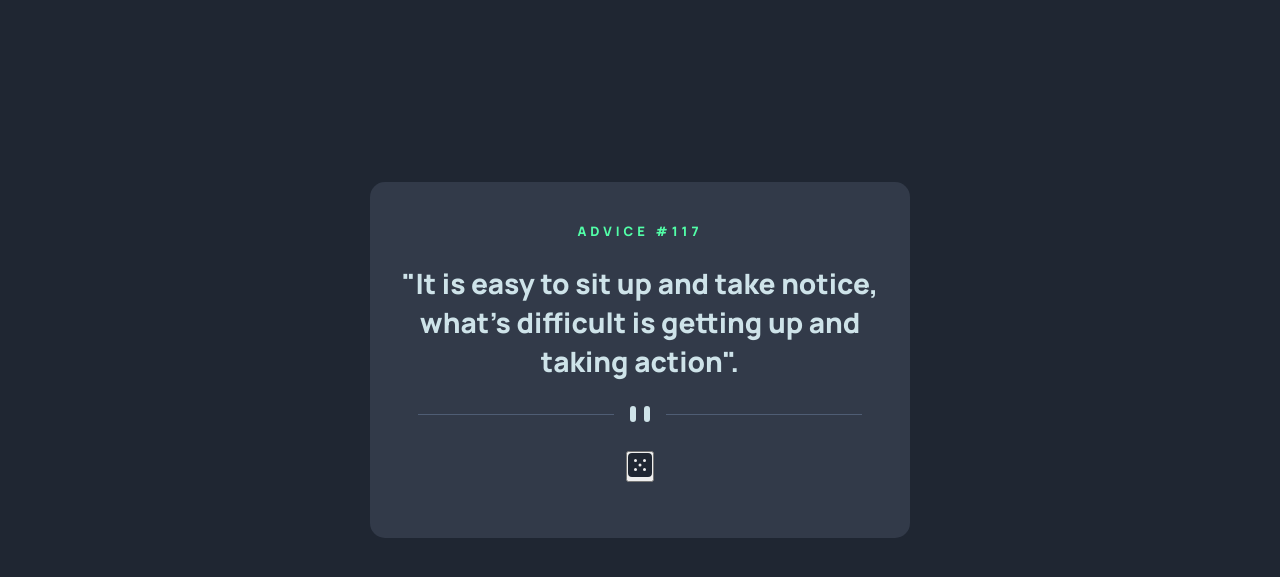
Repository: Daki-builds/advice-generator-app
Page: index.html
An editor plug-in stored every save of this project. The page is shown before and after the next save, followed by the edit.
The browser window is 1280 px wide. The pictures show the whole page.

Above is the page before, as saved 2026-10-08 19:30:52.

After the next save:
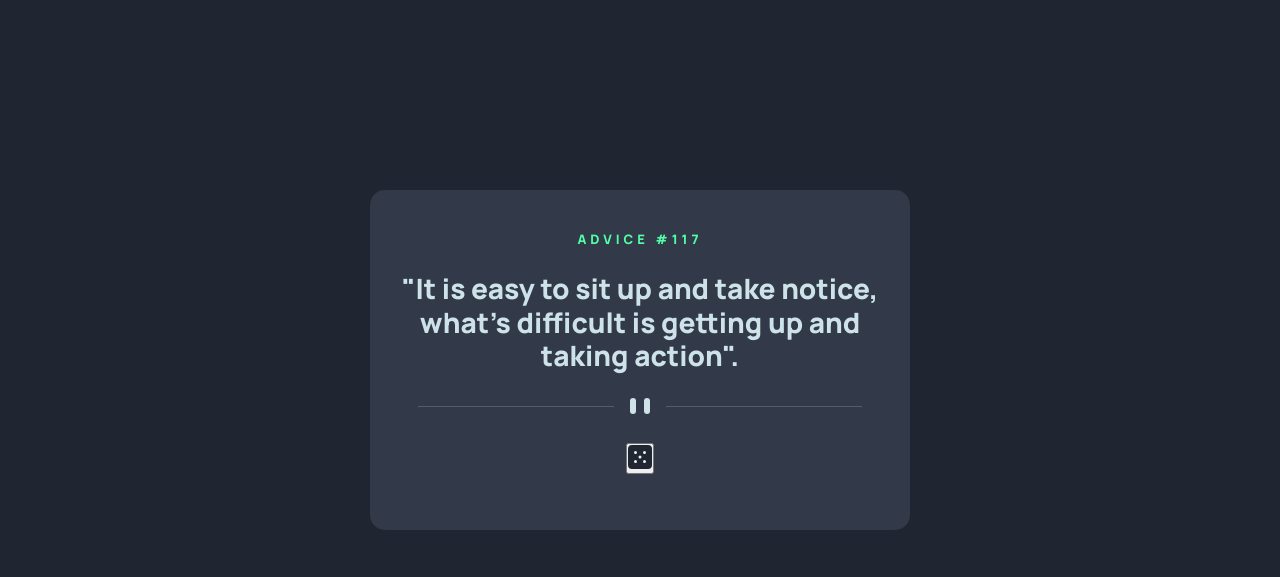
Saved 2 min 13 s later.
--- a/style.css
+++ b/style.css
@@ -51,7 +51,7 @@ h1 {
 
 p {
   font-size: var(--font-size);
-  line-height: 1.4;
+  line-height: 1.2;
   color: var(--blue-200);
 }
 
